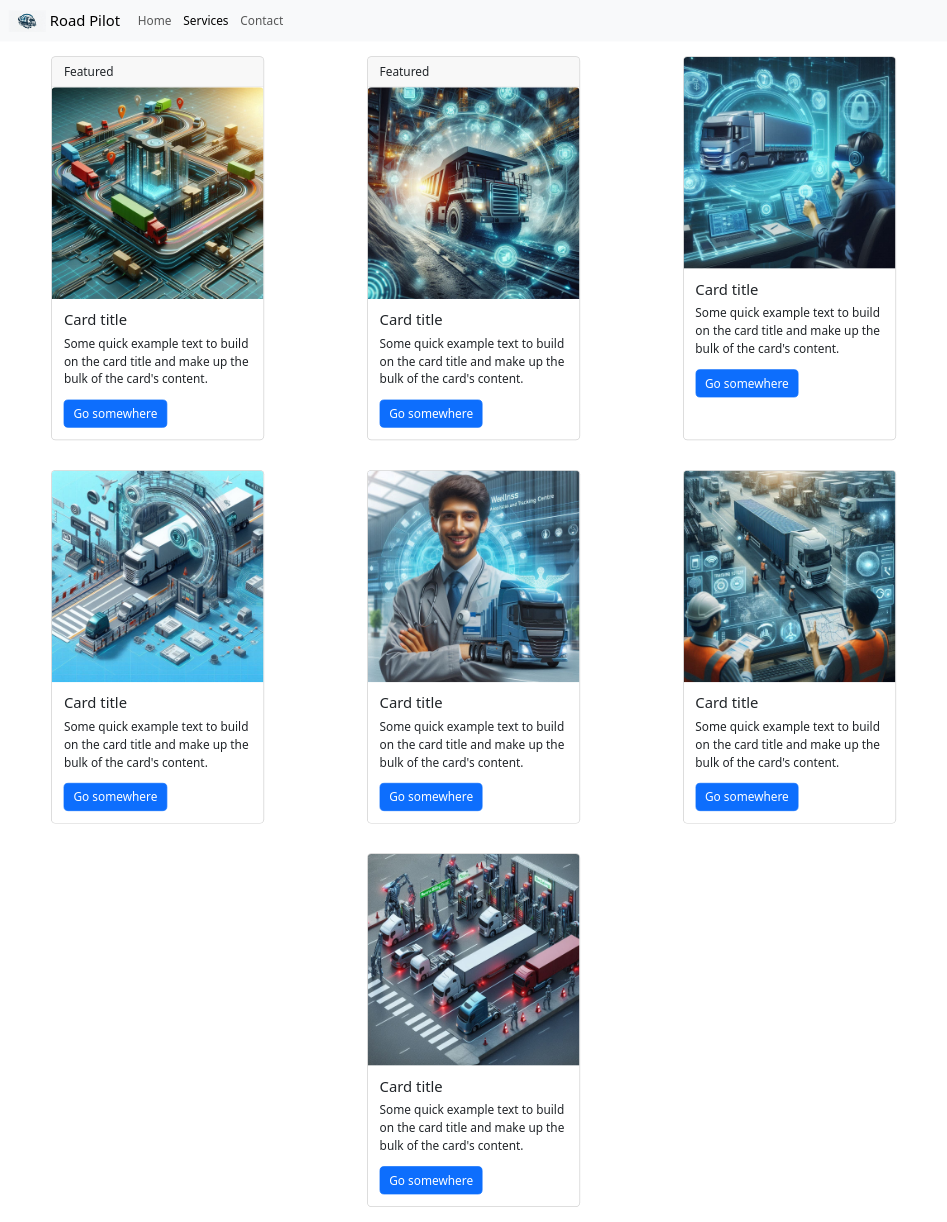
Repository: VictoriousMango/WebCreator
Page: pages/Services.html
The author's editor kept a copy of each file at every save. The page is drawn from the files as they stood at one save, then again after a run of saves.
The browser window is 1280 px wide. The pictures show the whole page, at 74% of full size.

Above is the page before, as saved 2024-11-09 11:55:21.

### pages/Services.html
<!DOCTYPE html>
<html lang="en">

<head>
    <meta charset="UTF-8">
    <meta name="viewport" content="width=device-width, initial-scale=1.0">
    <title>Web Creator</title>
    <link href="https://cdn.jsdelivr.net/npm/bootstrap@5.3.3/dist/css/bootstrap.min.css" rel="stylesheet"
        integrity="sha384-QWTKZyjpPEjISv5WaRU9OFeRpok6YctnYmDr5pNlyT2bRjXh0JMhjY6hW+ALEwIH" crossorigin="anonymous">
    <link rel="stylesheet" href="../assets/css/services.css">
</head>

<body>
    <!-- Navbar -->
    <nav class="navbar navbar-expand-lg bg-body-tertiary">
        <div class="container-fluid">
            <a class="navbar-brand" href="#">
                <img src="../assets/images/Logo.png" alt="Logo" width="50px" class="d-inline-block align-text-top">
                Road Pilot
            </a>
            <button class="navbar-toggler" type="button" data-bs-toggle="collapse" data-bs-target="#navbarNav"
                aria-controls="navbarNav" aria-expanded="false" aria-label="Toggle navigation">
                <span class="navbar-toggler-icon"></span>
            </button>
            <div class="collapse navbar-collapse" id="navbarNav">
                <ul class="navbar-nav">
                    <li class="nav-item">
                        <a class="nav-link" href="../">Home</a>
                    </li>
                    <li class="nav-item">
                        <a class="nav-link active" aria-current="page" href="#">Services</a>
                    </li>
                    <li class="nav-item">
                        <a class="nav-link" href="./contact.html">Contact</a>
                    </li>
                </ul>
            </div>
        </div>
    </nav>
    <!-- NavBar -->
    <!-- Solutions/Softwares we may provide
            *Transportation Management System (TRAMS)
            *Safe and Optimised Mining Systems (SOMS)
            *Delivery Order Management and Excellence System (DOMES)
            *Gate Entry (and Attendance) linked performance System (GELPS)
            *Wellness ,Adaptation and Tracking Centre for Health Care Systems for Staff(WATCHS)
            *Port and Rake (Handling ) Tracking Systems(PARTS)
            *Reverse bidding Systems
    -->
    <div class="services">
        <!-- TRAMS -->
        <div class="card" style="width: 18rem;">
            <div class="card-header">
    Featured
  </div>
            <img src="../assets/images/TRAMS.png" class="card-img-top" alt="...">
            <div class="card-body">
                <h5 class="card-title">Card title</h5>
                <p class="card-text">Some quick example text to build on the card title and make up the bulk of the
                    card's content.</p>
                <a href="#" class="btn btn-primary">Go somewhere</a>
            </div>
        </div>
        <!-- SOMS -->
        <div class="card" style="width: 18rem;">
            <div class="card-header">
    Featured
  </div>
            <img src="../assets/images/SOMS.png" class="card-img-top" alt="...">
            <div class="card-body">
                <h5 class="card-title">Card title</h5>
                <p class="card-text">Some quick example text to build on the card title and make up the bulk of the
                    card's content.</p>
                <a href="#" class="btn btn-primary">Go somewhere</a>
            </div>
        </div>
        <!-- DOMES -->
        <div class="card" style="width: 18rem;">
            <img src="../assets/images/DOMES.png" class="card-img-top" alt="...">
            <div class="card-body">
                <h5 class="card-title">Card title</h5>
                <p class="card-text">Some quick example text to build on the card title and make up the bulk of the
                    card's content.</p>
                <a href="#" class="btn btn-primary">Go somewhere</a>
            </div>
        </div>
        <!-- GELPS -->
        <div class="card" style="width: 18rem;">
            <img src="../assets/images/GELPS.png" class="card-img-top" alt="...">
            <div class="card-body">
                <h5 class="card-title">Card title</h5>
                <p class="card-text">Some quick example text to build on the card title and make up the bulk of the
                    card's content.</p>
                <a href="#" class="btn btn-primary">Go somewhere</a>
            </div>
        </div>
        <!-- WATCHS -->
        <div class="card" style="width: 18rem;">
            <img src="../assets/images/WATCHS.png" class="card-img-top" alt="...">
            <div class="card-body">
                <h5 class="card-title">Card title</h5>
                <p class="card-text">Some quick example text to build on the card title and make up the bulk of the
                    card's content.</p>
                <a href="#" class="btn btn-primary">Go somewhere</a>
            </div>
        </div>
        <!-- PARTS -->
        <div class="card" style="width: 18rem;">
            <img src="../assets/images/PARTS.png" class="card-img-top" alt="...">
            <div class="card-body">
                <h5 class="card-title">Card title</h5>
                <p class="card-text">Some quick example text to build on the card title and make up the bulk of the
                    card's content.</p>
                <a href="#" class="btn btn-primary">Go somewhere</a>
            </div>
        </div>
        <!-- RBS -->
        <div class="card" style="width: 18rem;">
            <img src="../assets/images/RBS.png" class="card-img-top" alt="...">
            <div class="card-body">
                <h5 class="card-title">Card title</h5>
                <p class="card-text">Some quick example text to build on the card title and make up the bulk of the
                    card's content.</p>
                <a href="#" class="btn btn-primary">Go somewhere</a>
            </div>
        </div>
    </div>


    <!-- Scripts -->
    <script src="https://cdn.jsdelivr.net/npm/bootstrap@5.3.3/dist/js/bootstrap.bundle.min.js"
        integrity="sha384-YvpcrYf0tY3lHB60NNkmXc5s9fDVZLESaAA55NDzOxhy9GkcIdslK1eN7N6jIeHz"
        crossorigin="anonymous"></script>
    <script src="https://cdn.jsdelivr.net/npm/@popperjs/core@2.11.8/dist/umd/popper.min.js"
        integrity="sha384-I7E8VVD/ismYTF4hNIPjVp/Zjvgyol6VFvRkX/vR+Vc4jQkC+hVqc2pM8ODewa9r"
        crossorigin="anonymous"></script>
    <script src="https://cdn.jsdelivr.net/npm/bootstrap@5.3.3/dist/js/bootstrap.min.js"
        integrity="sha384-0pUGZvbkm6XF6gxjEnlmuGrJXVbNuzT9qBBavbLwCsOGabYfZo0T0to5eqruptLy"
        crossorigin="anonymous"></script>
</body>

</html>

### assets/css/services.css
.services {
    display: flex;
    flex-wrap: wrap;
    justify-content: space-around;
}

.card {
    width: 200px;
    margin: 20px;
}

.card:hover {
    transform: scale(1.05);
    transition: ease-in-out;
    box-shadow: 0 0 20px rgba(0, 217, 255, 0.7); /* Change the color and intensity as needed */
}

After the next 2 saves:
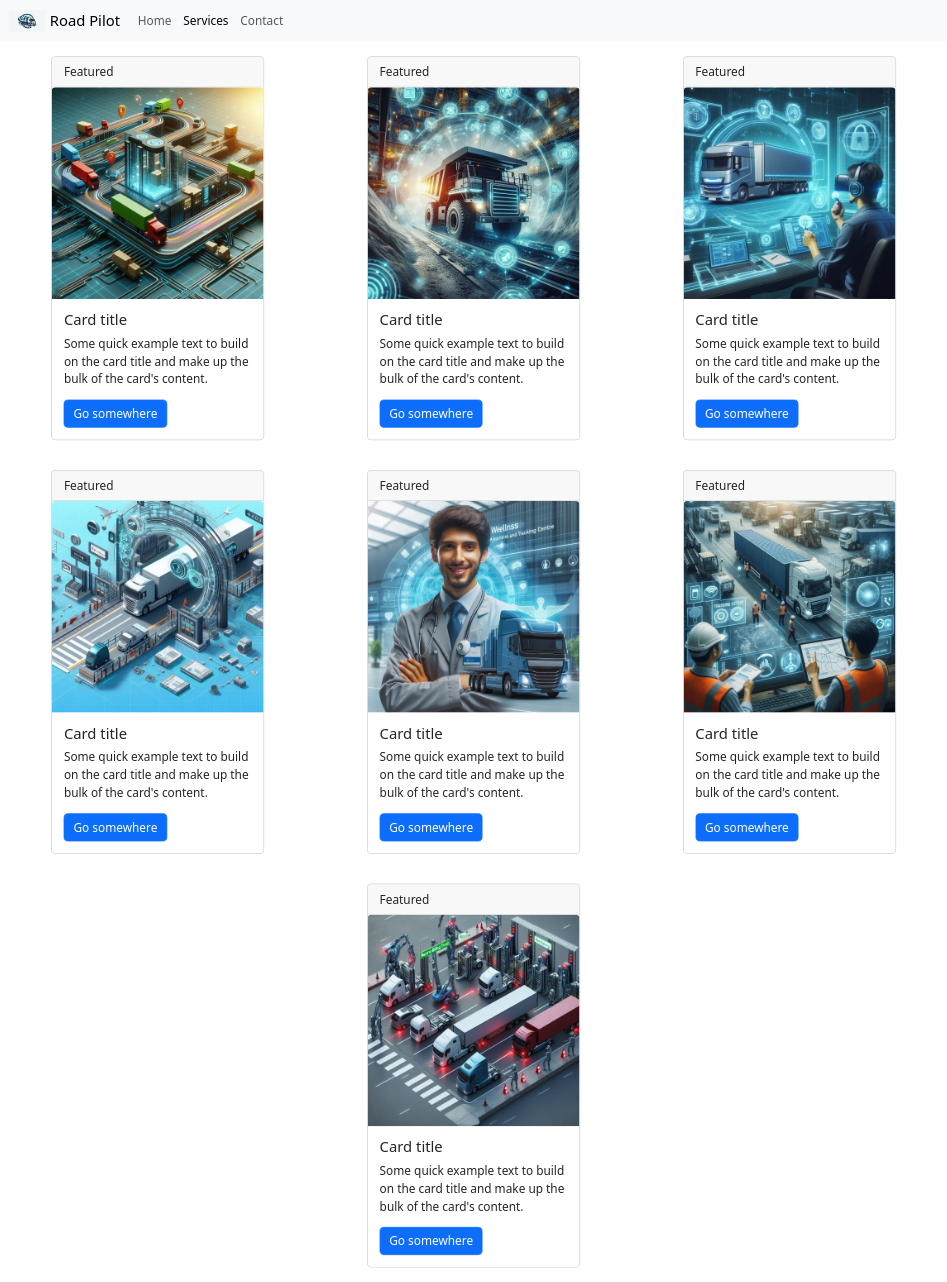
The 2 saves are shown as one change because they came seconds apart.
The last was saved 37 s later.
--- a/pages/Services.html
+++ b/pages/Services.html
@@ -76,6 +76,9 @@
         </div>
         <!-- DOMES -->
         <div class="card" style="width: 18rem;">
+            <div class="card-header">
+    Featured
+  </div>
             <img src="../assets/images/DOMES.png" class="card-img-top" alt="...">
             <div class="card-body">
                 <h5 class="card-title">Card title</h5>
@@ -86,6 +89,9 @@
         </div>
         <!-- GELPS -->
         <div class="card" style="width: 18rem;">
+            <div class="card-header">
+    Featured
+  </div>
             <img src="../assets/images/GELPS.png" class="card-img-top" alt="...">
             <div class="card-body">
                 <h5 class="card-title">Card title</h5>
@@ -96,6 +102,9 @@
         </div>
         <!-- WATCHS -->
         <div class="card" style="width: 18rem;">
+            <div class="card-header">
+    Featured
+  </div>
             <img src="../assets/images/WATCHS.png" class="card-img-top" alt="...">
             <div class="card-body">
                 <h5 class="card-title">Card title</h5>
@@ -106,6 +115,9 @@
         </div>
         <!-- PARTS -->
         <div class="card" style="width: 18rem;">
+            <div class="card-header">
+    Featured
+  </div>
             <img src="../assets/images/PARTS.png" class="card-img-top" alt="...">
             <div class="card-body">
                 <h5 class="card-title">Card title</h5>
@@ -116,6 +128,9 @@
         </div>
         <!-- RBS -->
         <div class="card" style="width: 18rem;">
+            <div class="card-header">
+    Featured
+  </div>
             <img src="../assets/images/RBS.png" class="card-img-top" alt="...">
             <div class="card-body">
                 <h5 class="card-title">Card title</h5>
